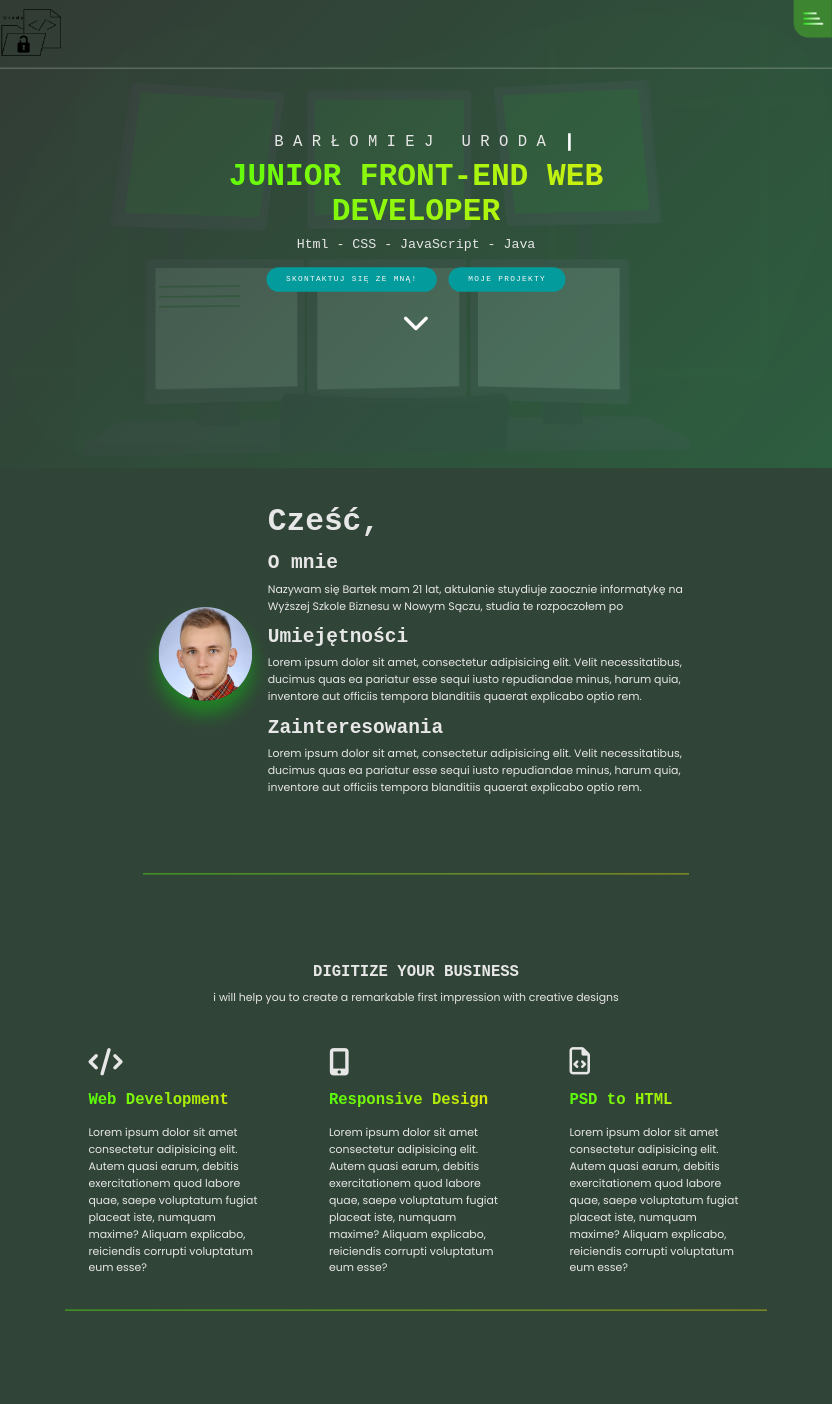
Repository: BartekUroda/portfolio
Page: index.html
The author's editor kept a copy of each file at every save. The page is drawn from the files as they stood at one save, then again after the next save.
The browser window is 1280 px wide. The pictures show the whole page, at 65% of full size.
Some web fonts or font styles are not loaded; a fallback is used. Some web libraries are served in a nearby version.

Above is the page before, as saved 2020-10-27 20:48:03.

After the next save:
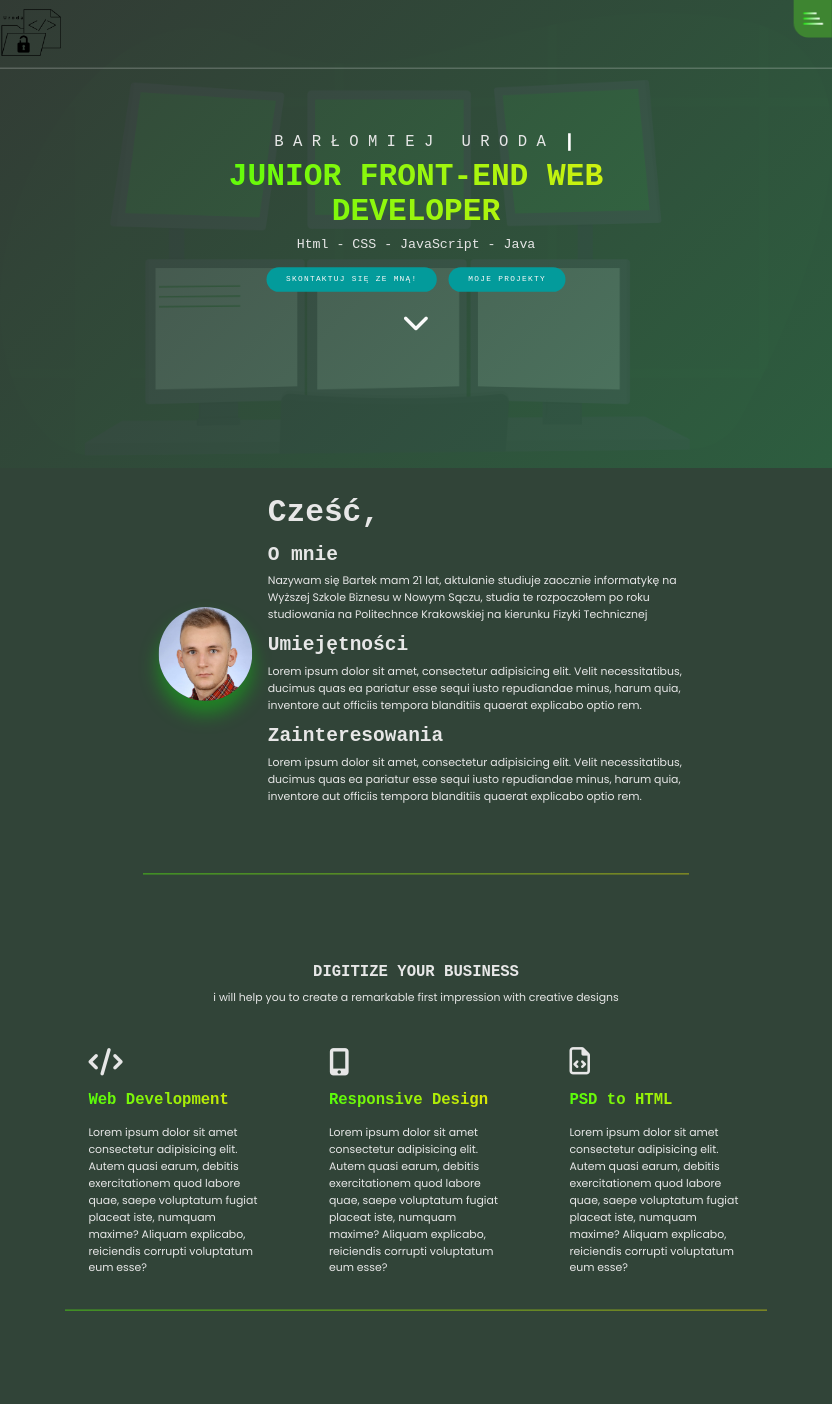
Saved 50 s later.
--- a/index.html
+++ b/index.html
@@ -97,8 +97,9 @@
             <h2>Cześć,</h2>
             <h3>O mnie</h3>
             <p>
-              Nazywam się Bartek mam 21 lat, aktulanie stuydiuje zaocznie informatykę
-              na Wyższej Szkole Biznesu w Nowym Sączu, studia te rozpoczołem po
+              Nazywam się Bartek mam 21 lat, aktulanie studiuje zaocznie informatykę
+              na Wyższej Szkole Biznesu w Nowym Sączu, studia te rozpoczołem po roku studiowania
+              na Politechnce Krakowskiej na kierunku Fizyki Technicznej
             </p>
             <h3>Umiejętności</h3>
             <p>
